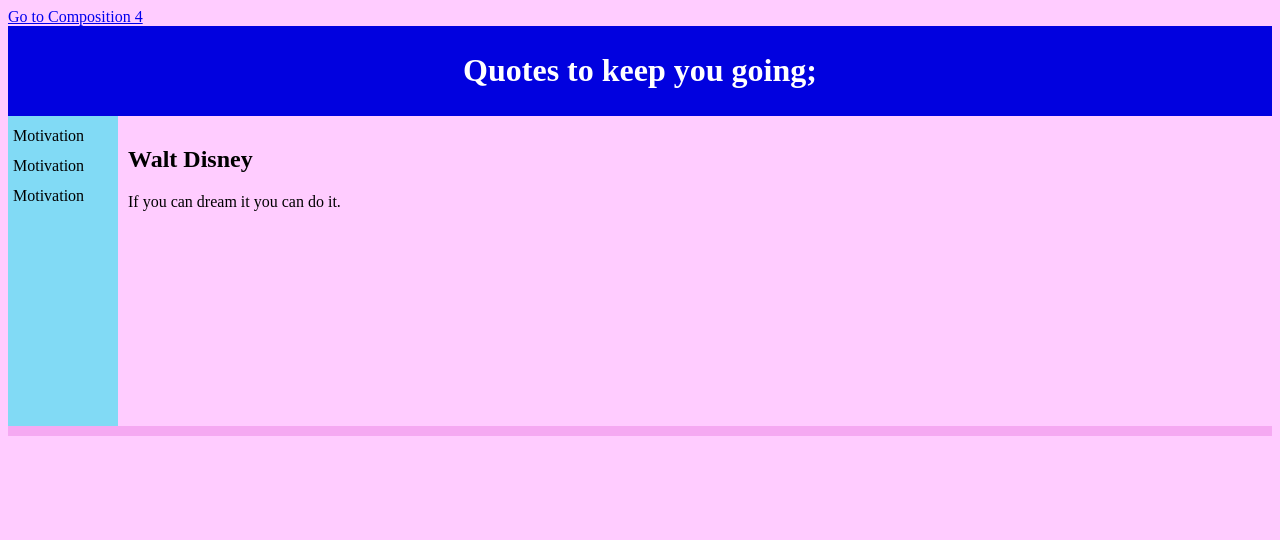
Repository: dominiquedevito/dominiquedevito.github.io
Page: 5compositions/composition3.html
The author's editor kept a record of every edit. The page is drawn from the files as they stood at one moment, then again after the next edit.
The browser window is 1280 px wide. The pictures show the whole page.

Above is the page before.

### 5compositions/composition3.html
<html>
	<head>
		<title>Composition 3</title>

	</head>
	<link href="3styles.css" rel="stylesheet">
	<body>
<body bgcolor="#FFCCFF">
	<a href="composition4.html">Go to Composition 4</a>

<div id="header">
<h1>Quotes to keep you going;</h1>
</div>

<div id="nav">
Motivation<br>
Motivation<br>
Motivation<br>
</div>

<div id="section">
<h2>Walt Disney</h2>
<p>
If you can dream it you can do it.
</p>
</div>

<div id="footer">
</div>

</body>
</html>
</style>
</head>

<body>



	</body>
</html>

### 5compositions/3styles.css
#header {
    background-color:#0101DF;
    color:white;
    text-align:center;
    padding:5px;
}
#nav {
    line-height:30px;
    background-color:#81DAF5;
    height:300px;
    width:100px;
    float:left;
    padding:5px;
}
#section {
    width:350px;
    float:left;
    padding:10px;
}
#footer {
    background-color:#F5A9F2;
    color:white;
    clear:both;
    text-align:center;
   padding:5px;
}

After the next edit:
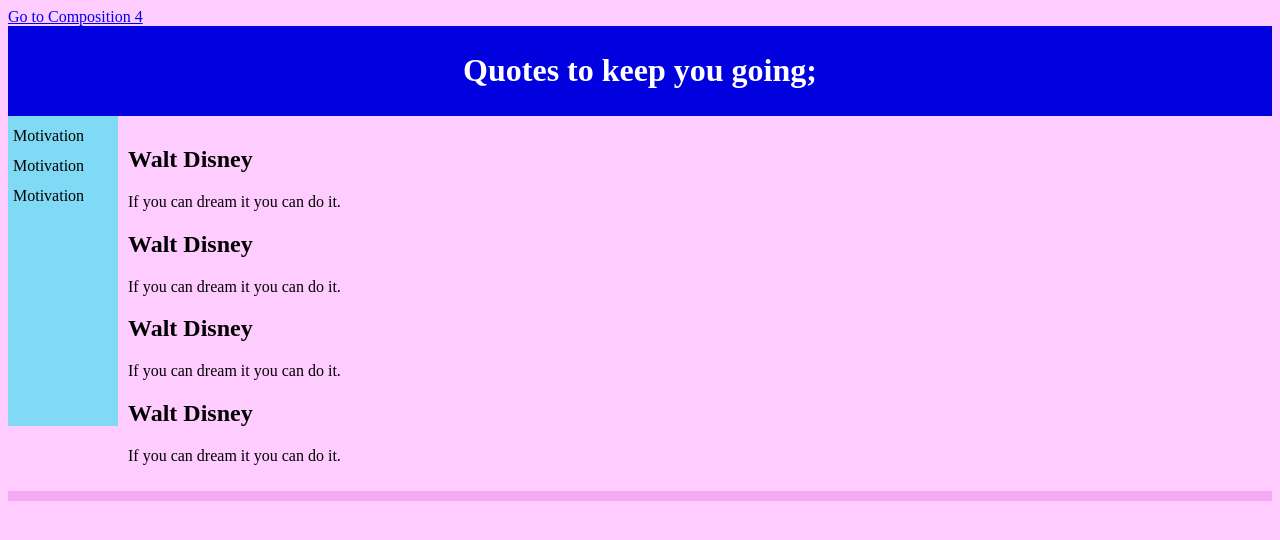
The edit:
--- a/5compositions/composition3.html
+++ b/5compositions/composition3.html
@@ -23,6 +23,18 @@
 <p>
 If you can dream it you can do it.
 </p>
+<h2>Walt Disney</h2>
+<p>
+If you can dream it you can do it.
+</p>
+<h2>Walt Disney</h2>
+<p>
+If you can dream it you can do it.
+</p>
+<h2>Walt Disney</h2>
+<p>
+If you can dream it you can do it.
+</p>
 </div>
 
 <div id="footer">
